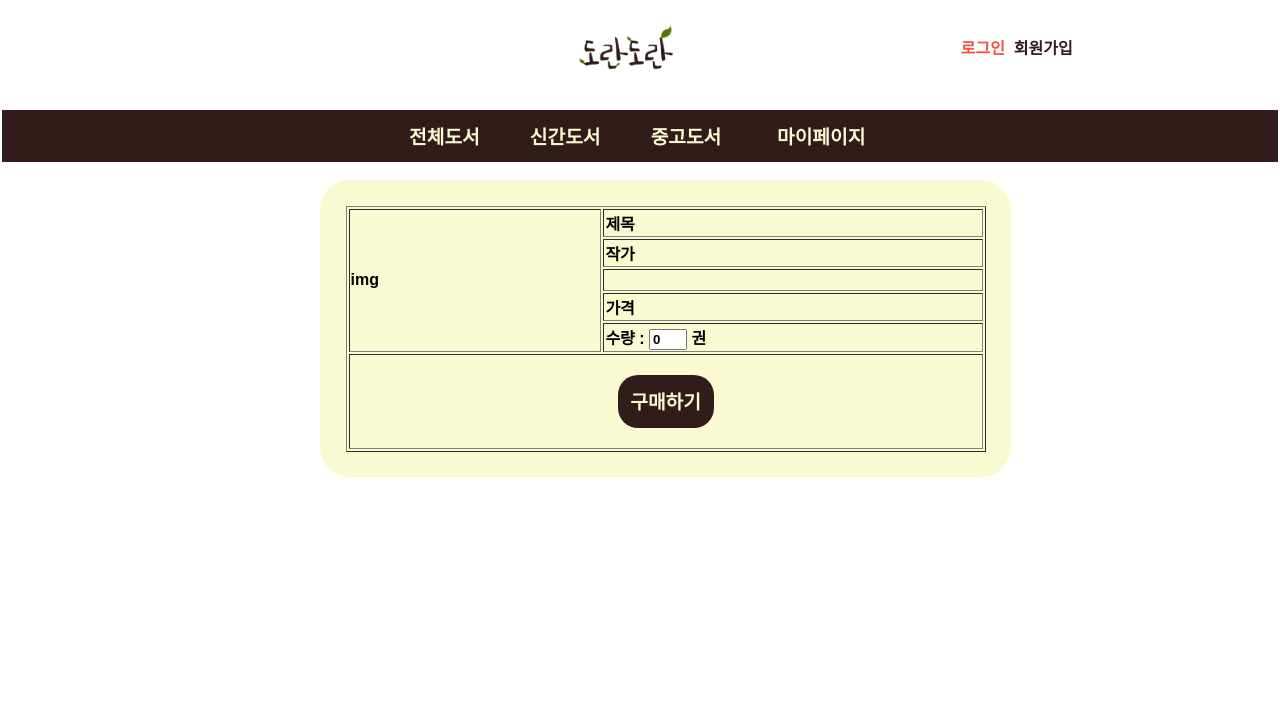
Repository: juhyun110701/DORANDORAN
Page: http://localhost/dorandoran/bookView.jsp
These files come from the project's save history. The page is drawn as it stood at one moment and after the next save; the edit follows.
The browser window is 1280 px wide. The pictures show the whole page.
Some web fonts or font styles are not loaded; a fallback is used. The page is served by Tomcat 9. Other server files are loaded and not shown.

Above is the page before, as saved 2019-07-31 12:33:18.

### dorandoran/WebContent/bookView.jsp
<%@ page language="java" contentType="text/html; charset=UTF-8"
    pageEncoding="UTF-8" import="java.sql.*"%>
<%@ page import="doran.db.connection.DBConnection" %>
<!DOCTYPE html>
<html>
<head>
<meta charset="utf-8">
<title>도란도란</title>
<!--
<link rel="shortcut icon" href="img/logo.png">
<link rel="apple-touch-icon" href="img/logo_apple.png">
-->
<link rel="stylesheet" href="css/bookView.css">
<link href="https://fonts.googleapis.com/css?family=Sunflower:300&display=swap" rel="stylesheet">
<script>
//maxlength 체크
function maxLengthCheck(object){
 if (object.value.length > object.maxLength){
  object.value = object.value.slice(0, object.maxLength);
 }
}
</script>
</head>
<body>
<jsp:include page="top.jsp" flush="false"/><p>
<%
	//db연결
	Connection conn=null;
    PreparedStatement pstmt=null;
    String sql="select * from book where ";
%>
<div id="box" align="center">
<table border=1 id="whole">
	<tr>
		<td rowspan=5 width="40%">img</td>
		<td>제목</td>
	</tr>
	<tr>
		<td>작가</td>
	</tr>
	<tr>
		<td><br></td>
	</tr>
	<tr>
		<td>가격</td>
	</tr>
	<tr>
		<td>
			수량 : <input type="number" name="amount" value=0 max=99 maxlength=2 style="width:30px;" oninput="maxLengthCheck(this)"> 권
		</td>
	</tr>
	<tr>
		<td colspan=2 align="center">
			<input type="button" id="buy" class="btn" value="구매하기">
		</td>
	</tr>
</table>
</div>

</body>
</html>

### dorandoran/WebContent/top.jsp
<%@ page language="java" contentType="text/html; charset=UTF-8"
    pageEncoding="UTF-8"%>
<!DOCTYPE html>
<html>
<head>
<meta charset="utf-8">
<title>도란도란</title>
<!--
<link rel="shortcut icon" href="img/logo.png">
<link rel="apple-touch-icon" href="img/logo_apple.png">
-->
<link rel="stylesheet" href="css/index.css">
<link href="https://fonts.googleapis.com/css?family=Sunflower:300&display=swap" rel="stylesheet">
<script>
	function check(){
		alert("로그인 후 이용하실 수 있습니다");
		return ;
	}
</script>
</head>
<body>
    <table id="whole">
        <tr>
            <td width="45%"></td>
            <td width="10%"><a href="index.jsp"><img src="img/logo.png" width="80%"></a></td>
            <td width="45%" style="padding-left:20%;">
            <div id="login"></div>
                		<a href="login.jsp" class="top_menu" style="color:#f54e42;" target="_top">로그인</a>&nbsp;
                		<a href="signup.jsp" class="top_menu" target="_top">회원가입</a><p>
            </td>
        </tr>
        <tr class="menu">
            <td colspan=3>
                <table width="100%" height="50px">
                    <tr>
                       <td width="30%"></td>
                        <td class="menu_in"><a href="index.jsp">전체도서</a></td>
                        <td class="menu_in"><a href="recentBook.jsp">신간도서</a></td>
                        <td class="menu_in"><a href="oldBook.jsp">중고도서</a></td>
                        <td class="menu_in"><a onclick="check()">마이페이지</a></td>
                        <td width="30%"></td>
                    </tr>
                </table></td>
        </tr>
    </table>
</body>
</html>

### dorandoran/WebContent/css/bookView.css
body{
    margin:0;
}

*{
    font-family: 'Sunflower', sans-serif;
    font-weight:bold;
}

#whole{
    width:100%;
    height:100%;
}

a{
    text-decoration: none;
}

#box{
    background-color:lightgoldenrodyellow;
    border-radius:30px;
    width:50%;
    margin-left: 25%;
    padding:2%;
}

.btn{
	background-color:#311b1b;
	color:lightgoldenrodyellow;
	border-radius:20px;
	border:0;
	outline:0;
	padding:2%;
	margin:3%;
	font-size:120%;
}

.top_menu{
    color:#311b1b;
}

.top_menu:hover{
    color:#ed6853;
}

#logout{
	background-color:transparent;
	border:none;
	outline:none;
}

.menu{
    background-color:#311b1b;
    text-align:center;
    font-size:120%;
}

.menu_in a{
    color:lightgoldenrodyellow;
    width:10%;
}

.menu_in a:hover{
    color:#ed6853;
}

### dorandoran/WebContent/css/index.css
body{
    margin:0;
}

*{
    font-family: 'Sunflower', sans-serif;
    font-weight:bold;
}

#whole{
    width:100%;
    height:100%;
}

a{
    text-decoration: none;
}

.top_menu{
    color:#311b1b;
}

.top_menu:hover{
    color:#ed6853;
}

#logout{
	background-color:transparent;
	border:none;
	outline:none;
}

.menu{
    background-color:#311b1b;
    text-align:center;
    font-size:120%;
}

.menu_in a{
    color:lightgoldenrodyellow;
    width:10%;
}

.menu_in a:hover{
    color:#ed6853;
}

After the next save:
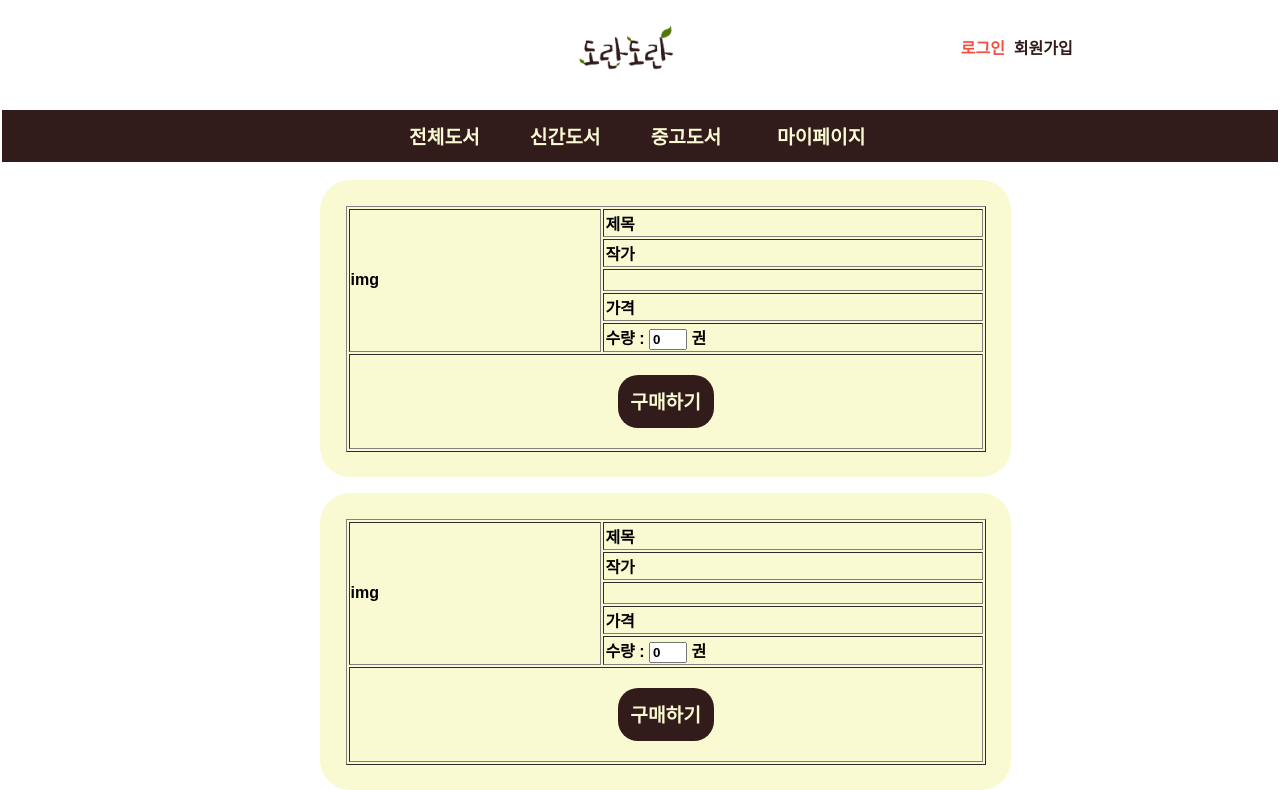
Saved 14 s later.
--- a/dorandoran/WebContent/bookView.jsp
+++ b/dorandoran/WebContent/bookView.jsp
@@ -56,6 +56,33 @@ function maxLengthCheck(object){
 	</tr>
 </table>
 </div>
-
+<p>
+<div id="box" align="center">
+<table border=1 id="whole">
+	<tr>
+		<td rowspan=5 width="40%">img</td>
+		<td>제목</td>
+	</tr>
+	<tr>
+		<td>작가</td>
+	</tr>
+	<tr>
+		<td><br></td>
+	</tr>
+	<tr>
+		<td>가격</td>
+	</tr>
+	<tr>
+		<td>
+			수량 : <input type="number" name="amount" value=0 max=99 maxlength=2 style="width:30px;" oninput="maxLengthCheck(this)"> 권
+		</td>
+	</tr>
+	<tr>
+		<td colspan=2 align="center">
+			<input type="button" id="buy" class="btn" value="구매하기">
+		</td>
+	</tr>
+</table>
+</div>
 </body>
 </html>
